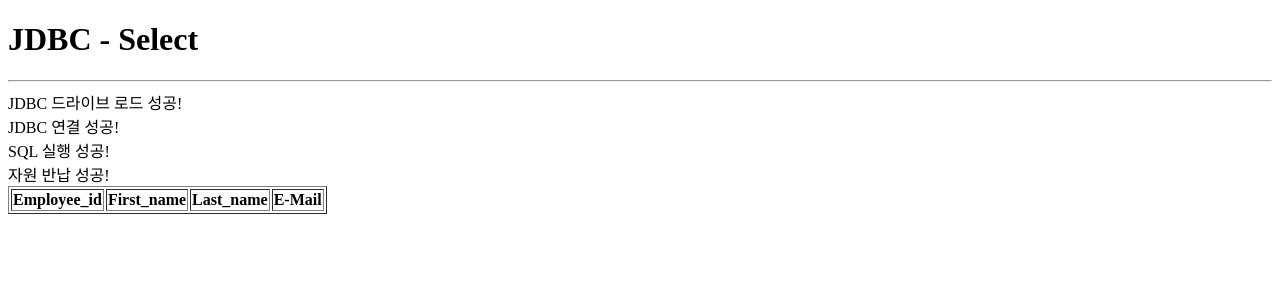
Repository: khy4701/JavaServerPage-Servlet
Page: http://localhost/05.JDBCProject/select.jsp
The author's editor kept a copy of each file at every save. The page is drawn from the files as they stood at one save, then again after a run of saves.
The browser window is 1280 px wide. The pictures show the whole page.
The page is served by Tomcat 9. Queries for data that is not in the repository find no rows.

Above is the page before, as saved 2016-07-20 06:56:07.

After the next 3 saves:
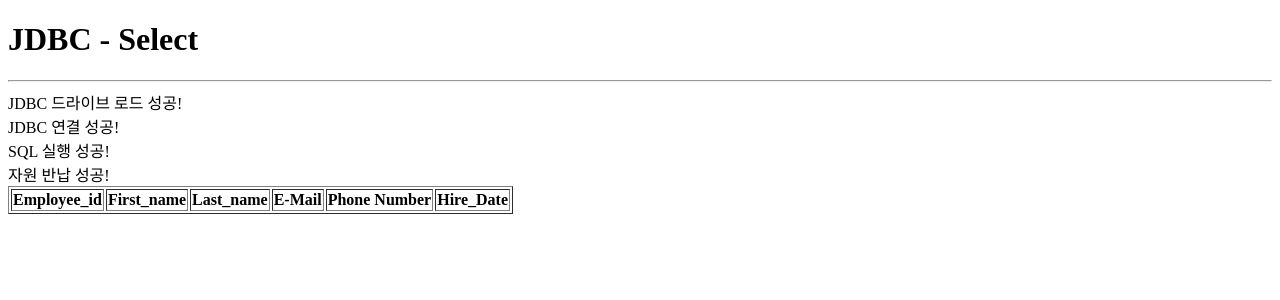
The 3 saves are shown as one change because they came seconds apart.
The last was saved 31 s later.
--- a/05.JDBCProject/WebContent/select.jsp
+++ b/05.JDBCProject/WebContent/select.jsp
@@ -51,6 +51,7 @@
 	out.print("<table border =\"1\">");
 	out.print("<tr> <th>Employee_id</th> <th>First_name</th> ");
 	out.print("<th>Last_name</th> <th>E-Mail</th> ");
+	out.print("<th>Phone Number</th> <th>Hire_Date</th></tr> ");
 	while(rs.next())
 	{
 		out.print("<tr><td>");
